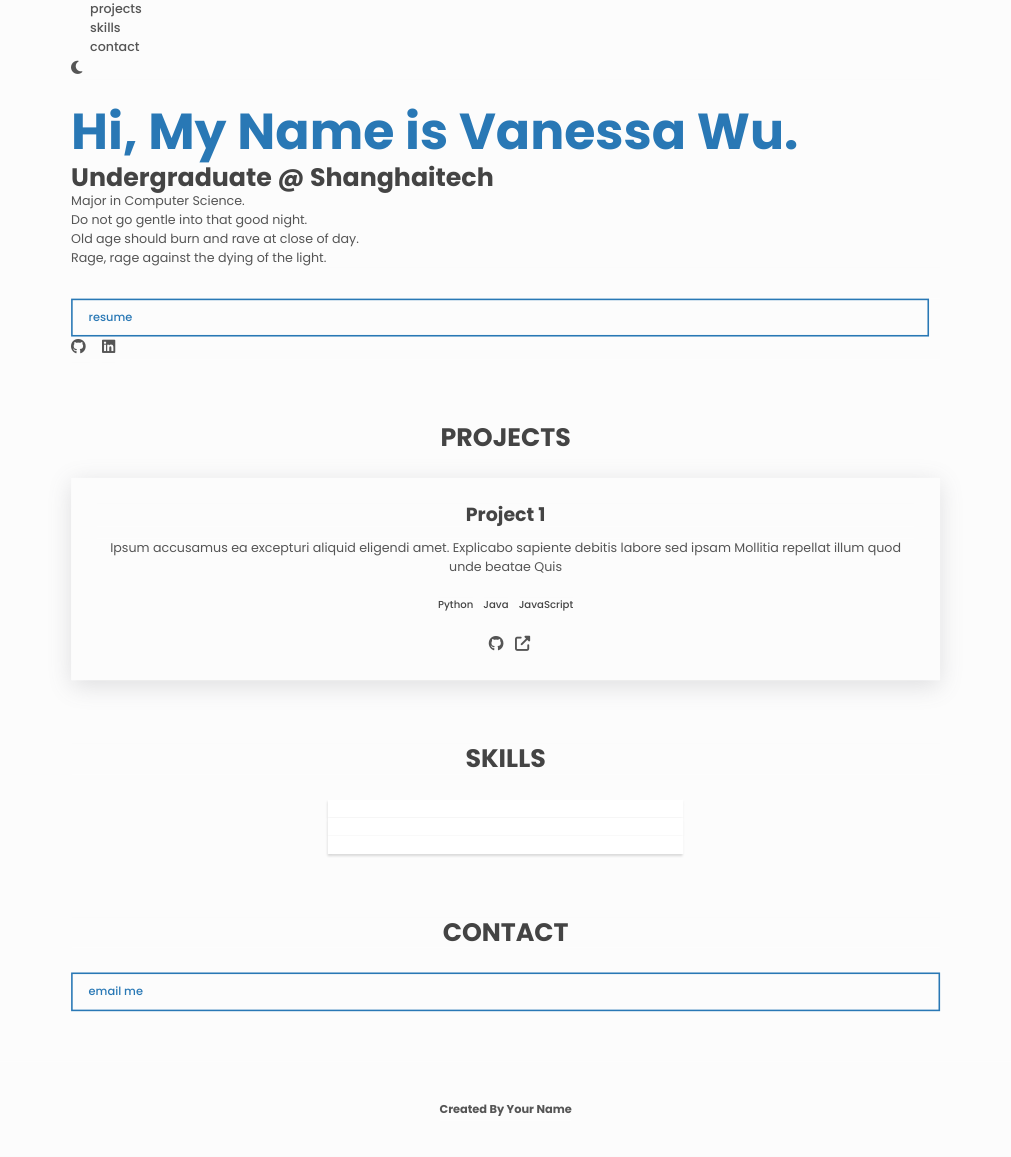
Repository: indiansummer1022/Cubstart
Page: Web Track/hw1/index.html
The author's editor kept a copy of each file at every save. The page is drawn from the files as they stood at one save, then again after the next save.
The browser window is 1280 px wide. The pictures show the whole page, at 79% of full size.
Some web libraries are served in a nearby version.

Above is the page before, as saved 2022-02-15 21:18:45.

### Web Track/hw1/index.html
<!DOCTYPE html>
<html lang="en">

<head>
  <meta charset="UTF-8" />
  <meta name="viewport" content="width=device-width, initial-scale=1" />
  <meta name="description" content="Portfolio" />
  <link rel="preconnect" href="https://fonts.googleapis.com" />
  <link rel="preconnect" href="https://fonts.gstatic.com" crossorigin />
  <link href="https://fonts.googleapis.com/css2?family=Poppins:wght@400;500;700&display=swap" rel="stylesheet" />
  <script src="https://kit.fontawesome.com/fa62c117c7.js" crossorigin="anonymous"></script>
  <!-- BEGIN PART 1 -->
  <link rel="stylesheet" href ="styles.css">
  <title>Vanessa Wu</title>
  <!-- END PART 1 -->
</head>

<body class="light" id="top">
  <header class="header center">
    <!-- BEGIN PART 2 -->
    <h3>
        <a href="/"></a>
    </h3>
    <!-- END PART 2 -->
    <nav class="nav center">
      <ul class="nav__list center">
        <li class="nav__list-item">
          <a class="link link--nav" href="#projects">Projects</a>
        </li>
        <li class="nav__list-item">
          <a class="link link--nav" href="#skills">Skills</a>
        </li>
        <li class="nav__list-item">
          <a class="link link--nav" href="#contact">Contact</a>
        </li>
      </ul>

      <!-- BEGIN PART 5 -->

      <button type="button" aria-label="toggle theme" class="btn btn--icon">
        <i id="btn-theme" class="fas fa-moon"></i>
      </button>

      <!--
        5.1: What does this button tag correspond to on the site?

        Corresponds to the moon icon on top left of the page which to change the light/ dark theme of the website.

      -->

      <button type="button" aria-label="toggle navigation" class="btn btn--icon nav__hamburger">
        <i class="fas fa-bars"></i>
      </button>

      <!--
        5.2: Try Ctrl-F in styles.css and look the class 'nav__hamburger'. You'll notice that it
        appears in 2 places. Why is one of the rules 'display: none' on one instance? How do you
        make it so that this button appears on screen?
        Hint: remember what @media (max-width: 600px) means.

        1. @media (max-width: 600px) is for mobile so hamburger is set to appear on the screen if it is the mobile version.
        The element is hidden if it is the desktop version. [referring: @hannahmcg]
        2. Change 'display: none' to flex so this button will appear.

      -->

      <!-- END PART 5 -->
    </nav>
  </header>

  <main>
    <div class="about center">
      <!-- BEGIN PART 6 -->
      <h1 class="about__name">
        Hi, My Name is Vanessa Wu.
      </h1>
      <h2 class="about_role">
        Undergraduate @ Shanghaitech
      </h2>
      <p class="about-desc">
        Major in Computer Science. <br>
        Do not go gentle into that good night. <br>
        Old age should burn and rave at close of day. <br>
        Rage, rage against the dying of the light. <br>
      </p>
      <!-- END PART 6 -->
      <div class="about__contact center">
        <a href="https://example.com">
          <span class="btn btn--outline">Resume</span>
        </a>

        <a href="https://github.com/" aria-label="github" class="link link--icon">
          <i aria-hidden="true" class="fab fa-github"></i>
        </a>

        <a href="https://linkedin.com/in/" aria-label="linkedin" class="link link--icon">
          <i aria-hidden="true" class="fab fa-linkedin"></i>
        </a>
      </div>
    </div>
    <section id="projects" class="section projects">
      <h2 class="section__title">Projects</h2>
      <div class="projects__grid">
        <!-- BEGIN PART 8 -->
        <div class="project">
          <h3>Project 1</h3>
          <p class="project__description">
            Ipsum accusamus ea excepturi aliquid eligendi amet. Explicabo
            sapiente debitis labore sed ipsam Mollitia repellat illum quod
            unde beatae Quis
          </p>
          <ul class="project__stack">
            <li class="project__stack-item">Python</li>
            <li class="project__stack-item">Java</li>
            <li class="project__stack-item">JavaScript</li>
          </ul>

          <a href="https://github.com" aria-label="source code" class="link link--icon">
            <i aria-hidden="true" class="fab fa-github"></i>
          </a>
          <a href="https://example.com" aria-label="live preview" class="link link--icon">
            <i aria-hidden="true" class="fas fa-external-link-alt"></i>
          </a>
        </div>
        <!-- END PART 8 -->
      </div>
    </section>


    <section class="section skills" id="skills">
      <!-- BEGIN PART 10 -->
      <h2 class="section__title">Skills</h2>
      <ul class="skills__list">
        <li class="skills__list-item btn btn--plain"></li>
        <li class="skills__list-item btn btn--plain"></li>
        <li class="skills__list-item btn btn--plain"></li>
      </ul>
      <!-- END PART 10 -->
    </section>
    <section class="section contact center" id="contact">
      <h2 class="section__title">Contact</h2>
      <a href="mailto:youremail@gmail.com">
        <span class="btn btn--outline">Email me</span>
      </a>
    </section>
  </main>

  <footer class="footer">
    <!-- BEGIN PART 12 -->
    <a href="/" class="link footer__link">
      Created By Your Name
    </a>
    <!-- END PART 12 -->
  </footer>


  <div class="scroll-container">
    <div class="scroll-top">
      <a aria-label="Scroll up" href="#top">
        <i aria-hidden="true" class="fas fa-arrow-up"></i>
      </a>
    </div>
  </div>
  <script src="./script.js"></script>
</body>

</html>

### Web Track/hw1/styles.css
/*===============
  global styles
===============*/

* {
  padding: 0;
  margin: 0;
  border: 0;
  outline: 0;
  background-color: inherit;
  color: inherit;
  font-family: inherit;
  font-size: inherit;
  box-shadow: none;
  box-sizing: border-box;
}

html {
  scroll-behavior: smooth;
}

body {
  font-family: "Poppins", sans-serif;
  line-height: 1.5;
  color: var(--clr-fg);
  background-color: var(--clr-bg);
}

.light {
  --clr-bg: #fcfcfc;
  --clr-bg-alt: #fff;
  --clr-fg: #555;
  --clr-fg-alt: #444;
  --clr-primary: #2978b5;
  --shadow: rgba(100, 100, 111, 0.2) 0px 7px 29px 0px;
}

.dark {
  --clr-bg: #23283e;
  --clr-bg-alt: #2a2f4c;
  --clr-fg: #bdbddd;
  --clr-fg-alt: #cdcdff;
  --clr-primary: #90a0d9;
  --shadow: rgba(0, 0, 0, 0.16) 0px 10px 36px 0px,
    rgba(0, 0, 0, 0.06) 0px 0px 0px 1px;
}

::-moz-selection {
  background: var(--clr-primary);
  color: var(--clr-bg);
}

::-webkit-selection,
::selection {
  background: var(--clr-primary);
  color: var(--clr-bg);
}

h1,
h2,
h3,
h4 {
  line-height: 1.2;
  color: var(--clr-fg-alt);
}

h1 {
  font-size: 4rem;
}

h2 {
  font-size: 2rem;
}

h3 {
  font-size: 1.5rem;
}

h4 {
  font-size: 1.3rem;
}

ul {
  list-style-type: none;
}

a {
  text-decoration: none;
}

button {
  cursor: pointer;
}

@media (max-width: 900px) {
  h1 {
    font-size: 2.6rem;
  }
}

/*===================
  buttons and links
===================*/

.link {
  color: var(--clr-primary);
  padding: 0 0 0.3em 0;
  position: relative;
}

.link:hover {
  color: var(--clr-primary);
}

/* BEGIN PART 4 */

.link::before {
  content: "";
  display: inline;
  width: 0%;
  height: 0.2em;
  position: absolute;
  bottom: 0;
  background-color: var(--clr-primary);
  /* transition: */
}

.link:hover::before,
.link:focus::before {
  width: 100%;
  transition: property width, duration 5s, timing-function ease-in;
}

/* END PART 4 */

.link--nav {
  color: var(--clr-fg);
  text-transform: lowercase;
  font-weight: 500;
}

.link--icon {
  color: var(--clr-fg);
  font-size: 1.2rem;
}

.btn {
  display: block;
  padding: 0.8em 1.4em;
  font-weight: 500;
  font-size: 0.9rem;
  text-transform: lowercase;
  transition: transform 0.2s ease-in-out;
}

.btn--outline {
  color: var(--clr-primary);
  border: 2px solid var(--clr-primary);
  position: relative;
  overflow: hidden;
  z-index: 1;
}

.btn--outline:focus,
.btn--outline:hover {
  color: var(--clr-bg);
}

.btn--outline:before {
  content: "";
  position: absolute;
  background-color: var(--clr-primary);
  right: 100%;
  bottom: 0;
  left: 0;
  top: 0;
  z-index: -1;
  transition: right 0.2s ease-in-out;
}

.btn--outline:hover::before,
.btn--outline:focus::before {
  right: 0;
}

.btn--plain {
  text-transform: initial;
  background-color: var(--clr-bg-alt);
  box-shadow: rgba(0, 0, 0, 0.15) 0px 3px 3px 0px;
  border: 0;
}

.btn--plain:hover {
  transform: translateY(-4px);
}

.btn--icon {
  padding: 0;
  font-size: 1.2rem;
}

.btn--icon:hover,
.btn--icon:focus {
  color: var(--clr-primary);
}

.btn--icon:active {
  transform: translateY(-5px);
}

/*========
  layout
========*/

/* BEGIN PART 3 */

.center {
  justify-content: center;
  flex-direction: column;
}

.header {
  height: 8em;
  max-width: 1100px;
  width: 95%;
  margin: 0 auto;
  /* justify-content: */
  justify-content: space-around;
}

/* END PART 3 */

main {
  max-width: 1100px;
  width: 95%;
  margin: 0 auto;
}

.section {
  margin-top: 5em;
}

.section__title {
  text-align: center;
  margin-bottom: 1em;
  text-transform: uppercase;
}

.nav__list {
  margin-right: 1.5em;
  display: flex;
}

.nav__list-item {
  margin-left: 1.5em;
}

.nav__hamburger {
  display: none;
  width: 1em;
}

/* BEGIN PART 7 */

.about {
}

/* END PART 7 */

.about__name {
  color: var(--clr-primary);
}

.about__role {
  margin-top: 1.2em;
}

.about__desc {
  font-size: 1rem;
  max-width: 600px;
}

.about__desc,
.about__contact {
  margin-top: 2.4em;
}

.about .link--icon {
  margin-right: 0.8em;
}

.about .btn--outline {
  margin-right: 1em;
}

/* BEGIN PART 9 */

.projects__grid {
  max-width: 1100px;
  margin: 0 auto;
  /* display: */
  /* grid-template-columns: */
  /* grid-gap: */
}

/* END PART 9 */

.project {
  padding: 2em;
  margin: 0 auto;
  text-align: center;
  box-shadow: var(--shadow);
  transition: transform 0.2s linear;
}

.project:hover {
  transform: translateY(-7px);
}

.project__description {
  margin-top: 1em;
}

.project__stack {
  display: flex;
  flex-wrap: wrap;
  justify-content: center;
  margin: 1.2em 0;
}

.project__stack-item {
  margin: 0.5em;
  font-weight: 500;
  font-size: 0.8rem;
  color: var(--clr-fg-alt);
}

.project .link--icon {
  margin-left: 0.5em;
}

/* BEGIN PART 11 */

.skills__list {
  max-width: 450px;
  width: 95%;
  margin: 0 auto;
  /* display: */
  /* flex-wrap: */
  /* justify-content: */
}

.skills__list-item {
}

/* END PART 11 */

.contact {
  flex-direction: column;
}

.footer {
  padding: 3em 0;
  margin-top: 4em;
  text-align: center;
}

.footer__link {
  font-size: 0.9rem;
  font-weight: 700;
  color: var(--clr-fg);
}

.scroll-top {
  display: none;
  position: fixed;
  bottom: 1em;
  right: 2em;
  background-color: transparent;
  font-size: 1.8rem;
  transition: transform 0.2s ease-in-out;
}

@media (max-width: 600px) {
  .header {
    height: 6em;
  }

  .section {
    margin-top: 4em;
  }

  .nav__list {
    flex-direction: column;
    padding: 4em 0;
    position: absolute;
    right: 0;
    left: 0;
    top: 5em;
    background-color: var(--clr-bg);
    width: 0;
    overflow: hidden;
    transition: width 0.2s ease-in-out;
  }

  .display-nav-list {
    width: 100%;
  }

  .nav__list-item {
    margin: 0.5em 0;
  }

  .nav__hamburger {
    display: flex;
    margin-left: 0.8em;
  }

  .about {
    align-items: flex-start;
    margin-top: 2em;
  }

  .footer {
    padding: 2em;
    margin-top: 3em;
  }

  .scroll-container {
    display: none;
  }
}

### Web Track/hw1/script.js
const body = document.body

const btnTheme = document.querySelector('.fa-moon')
const btnHamburger = document.querySelector('.fa-bars')

const addThemeClass = (bodyClass, btnClass) => {
  body.classList.add(bodyClass)
  btnTheme.classList.add(btnClass)
}

const getBodyTheme = localStorage.getItem('portfolio-theme')
const getBtnTheme = localStorage.getItem('portfolio-btn-theme')

addThemeClass(getBodyTheme, getBtnTheme)

const isDark = () => body.classList.contains('dark')

const setTheme = (bodyClass, btnClass) => {

	body.classList.remove(localStorage.getItem('portfolio-theme'))
	btnTheme.classList.remove(localStorage.getItem('portfolio-btn-theme'))

  addThemeClass(bodyClass, btnClass)

	localStorage.setItem('portfolio-theme', bodyClass)
	localStorage.setItem('portfolio-btn-theme', btnClass)
}

const toggleTheme = () =>
	isDark() ? setTheme('light', 'fa-moon') : setTheme('dark', 'fa-sun')

btnTheme.addEventListener('click', toggleTheme)

const displayList = () => {
	const navUl = document.querySelector('.nav__list')

	if (btnHamburger.classList.contains('fa-bars')) {
		btnHamburger.classList.remove('fa-bars')
		btnHamburger.classList.add('fa-times')
		navUl.classList.add('display-nav-list')
	} else {
		btnHamburger.classList.remove('fa-times')
		btnHamburger.classList.add('fa-bars')
		navUl.classList.remove('display-nav-list')
	}
}

btnHamburger.addEventListener('click', displayList)

const scrollUp = () => {
	const btnScrollTop = document.querySelector('.scroll-top')

	if (
		body.scrollTop > 500 ||
		document.documentElement.scrollTop > 500
	) {
		btnScrollTop.style.display = 'block'
	} else {
		btnScrollTop.style.display = 'none'
	}
}

document.addEventListener('scroll', scrollUp)

After the next save:
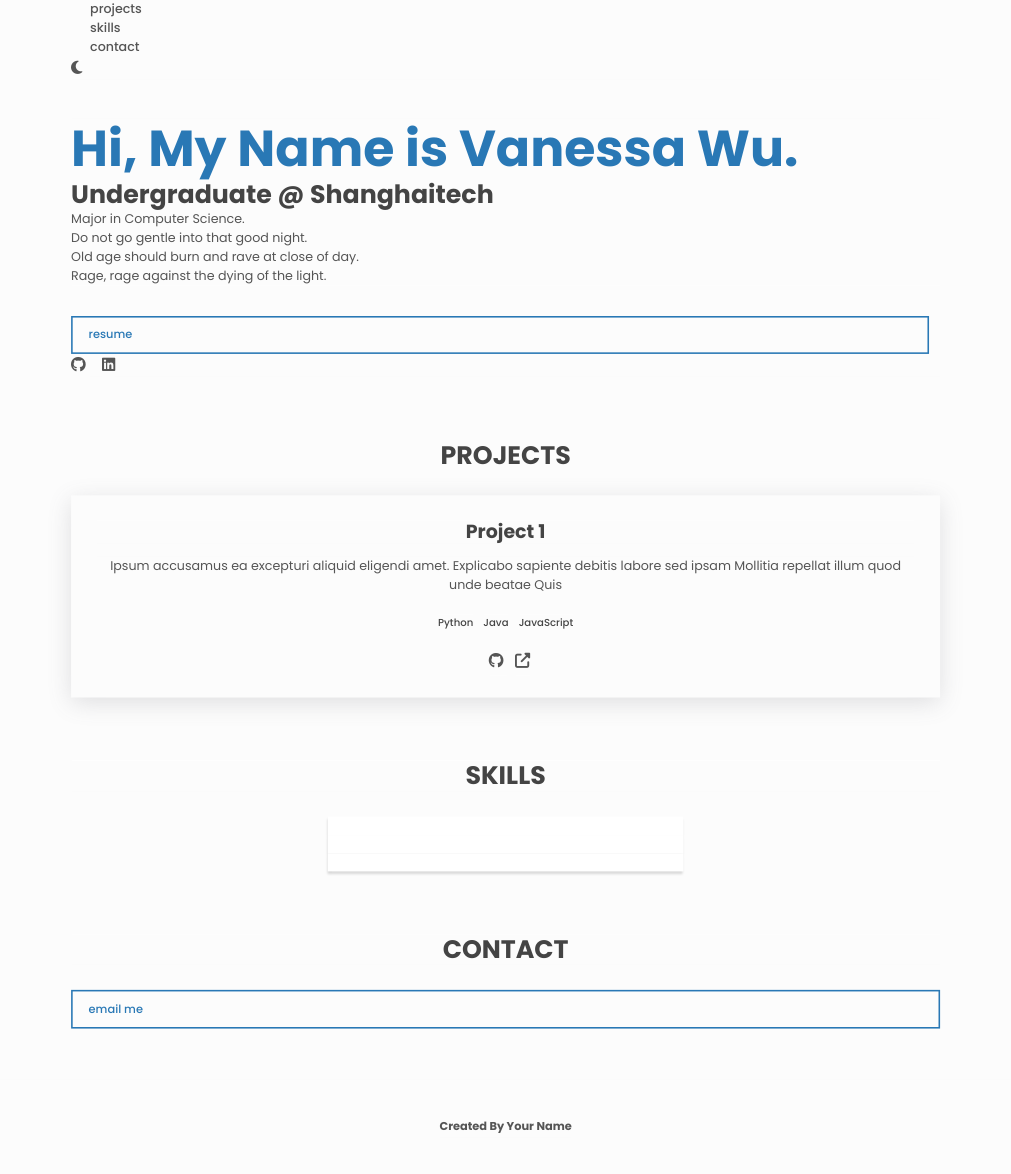
Saved 103 s later.
--- a/Web Track/hw1/styles.css
+++ b/Web Track/hw1/styles.css
@@ -263,6 +263,8 @@ main {
 /* BEGIN PART 7 */
 
 .about {
+  flex-direction: column;
+  margin-top: 2%;
 }
 
 /* END PART 7 */
